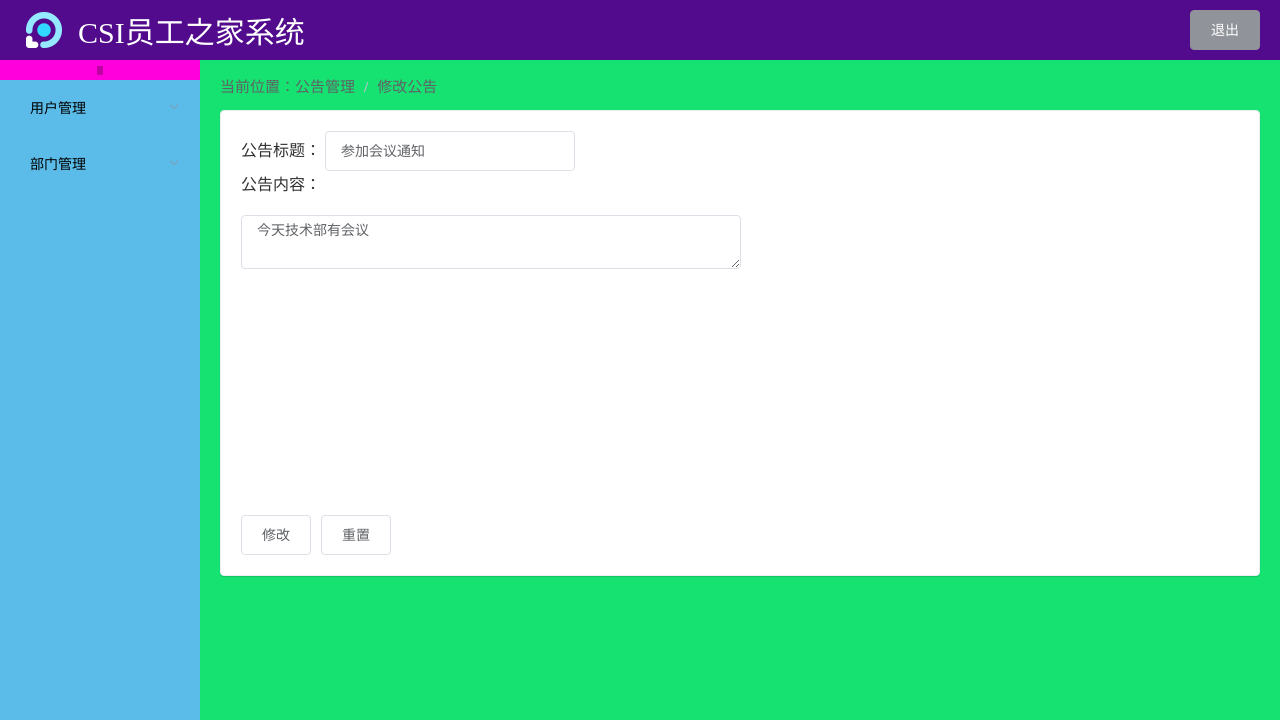
Repository: YUNjwyao/vue_hrm
Page: /#/updateNotice
An editor plug-in stored every save of this project. The page is shown before and after the next save, followed by the edit.
The browser window is 1280 px wide. The pictures show the whole page.
The project was rebuilt for these pictures with package versions that can differ from the ones it lists, and the page was loaded fresh each time. Also part of the build but not shown: src/components/Login.vue, src/components/Face/Face.vue, src/components/Employee/EmployeeQuery.vue, src/components/Employee/ShowAddEmployee.vue, src/components/Employee/ShowUpdateEmployee.vue, src/components/Notice/Notice.vue, src/components/Notice/ShowAddNotice.vue, src/components/Document/Document.vue and 2 more.

Above is the page before, as saved 2020-10-16 10:02:30.

After the next save:
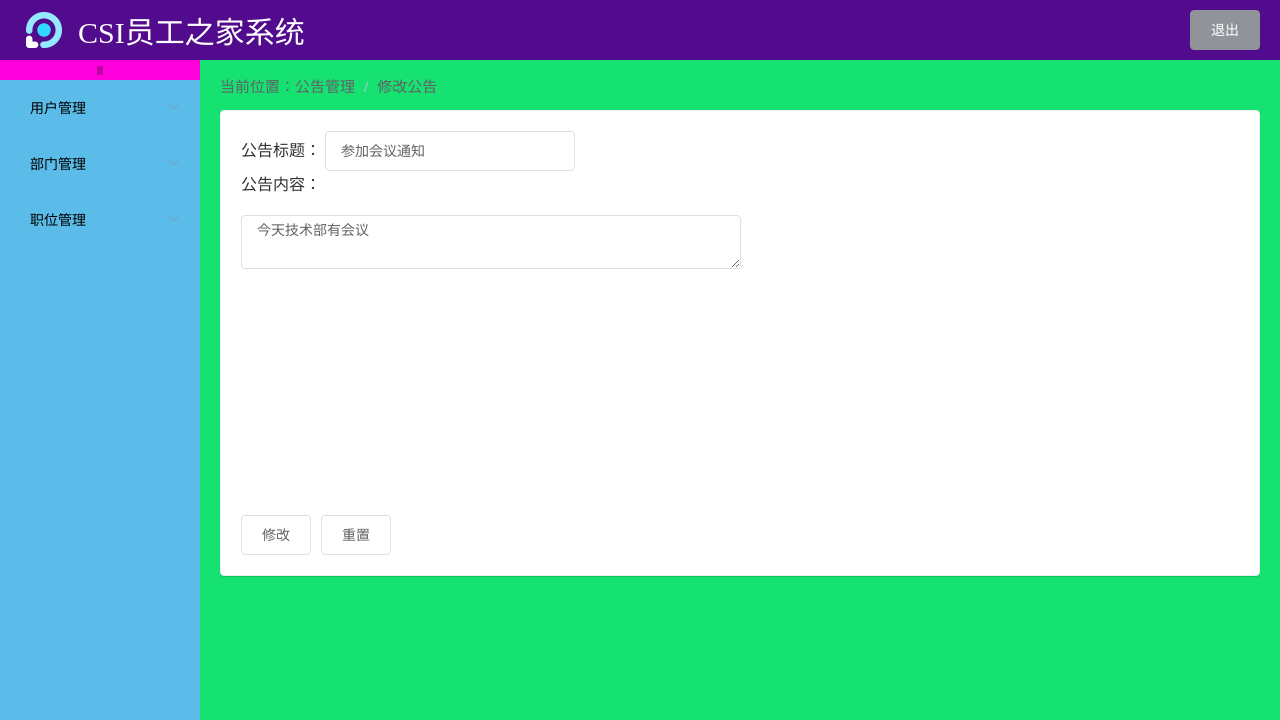
Saved 77 s later.
--- a/src/components/Home.vue
+++ b/src/components/Home.vue
@@ -99,7 +99,26 @@ export default {
                     "children": []
                 }
             ]
-        }
+        },
+         {
+            "id": 101,
+            "authName": "职位管理",
+            "path": null,
+            "children": [
+                {
+                    "id": 104,
+                    "authName": "职位查询",
+                    "path": null,
+                    "children": []
+                },
+                {
+                    "id": 104,
+                    "authName": "添加职位",
+                    "path": null,
+                    "children": []
+                }
+            ]
+         }
             ],
             // 自定义字体图标
             iconsObj: {
